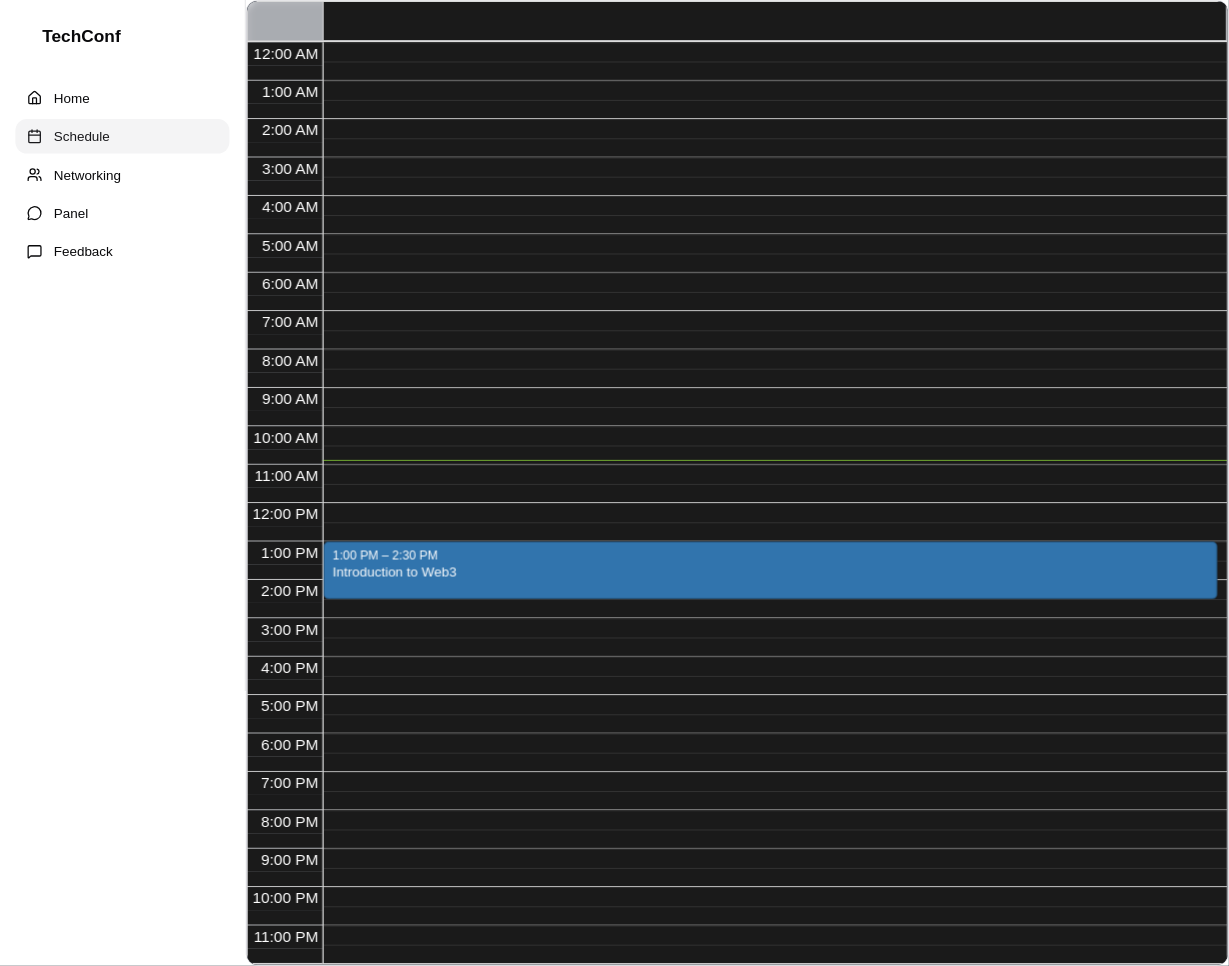
Repository: mrnavdal/symposium-2024
Page: /schedule (app in symposium24/)
An editor plug-in stored every save of this project. The page is shown before and after the next save, followed by the edit.
The browser window is 1280 px wide. The pictures show the whole page, at 96% of full size.
The project was rebuilt for these pictures with package versions that can differ from the ones it lists, and the page was loaded fresh each time. The framework's server and built-in components were replaced by stand-ins that run in the browser. Also part of the build but not shown: symposium24/next.config.ts.

Above is the page before, as saved 2024-11-08 13:40:41.

### symposium24/src/app/layout.tsx
import type { Metadata } from "next";
import localFont from "next/font/local";
import { ThemeProvider } from "@/components/ThemeProvider";
import { Navigation } from "@/components/Navigation";
import "./globals.css";
import '@/styles/calendar.css'

const geistSans = localFont({
  src: "./fonts/GeistVF.woff",
  variable: "--font-geist-sans",
  weight: "100 900",
});
const geistMono = localFont({
  src: "./fonts/GeistMonoVF.woff",
  variable: "--font-geist-mono",
  weight: "100 900",
});

export const metadata: Metadata = {
  title: "TechConf 2024",
  description: "Conference schedule and information",
};

export default function RootLayout({
  children,
}: Readonly<{
  children: React.ReactNode;
}>) {
  return (
    <html lang="en" suppressHydrationWarning>
      <body
        className={`${geistSans.variable} ${geistMono.variable} antialiased min-h-screen`}
      >
        <ThemeProvider
          attribute="class"
          defaultTheme="system"
          enableSystem
          disableTransitionOnChange
        >
          <Navigation />
          <main className="pb-16 md:pb-0 md:pl-64">
            {children}
          </main>
        </ThemeProvider>
      </body>
    </html>
  );
}

### symposium24/src/app/schedule/page.tsx
import { Calendar } from '@/components/Calendar'
import { PageTransition } from '@/components/PageTransition'
import { events } from '@/data/events'

export default function SchedulePage() {
  return (
    <PageTransition>

        <div className="h-full rounded-lg overflow-hidden border bg-card/50">
          <Calendar events={events} />
        </div>

    </PageTransition>
  )
}

### symposium24/src/components/ThemeProvider.tsx
'use client'

import * as React from 'react'
import { ThemeProvider as NextThemesProvider } from 'next-themes'

interface ThemeProviderProps {
  children: React.ReactNode
  attribute?: string
  defaultTheme?: string
  enableSystem?: boolean
  disableTransitionOnChange?: boolean
}

export function ThemeProvider({
  children,
  attribute,
  defaultTheme,
  enableSystem,
  disableTransitionOnChange,
}: ThemeProviderProps) {
  return (
    <NextThemesProvider
      attribute={attribute as 'class' | 'data-theme'}
      defaultTheme={defaultTheme}
      enableSystem={enableSystem}
      disableTransitionOnChange={disableTransitionOnChange}
    >
      {children}
    </NextThemesProvider>
  )
}

### symposium24/src/components/Navigation.tsx
'use client'

import { usePathname } from 'next/navigation'
import Link from 'next/link'
import { cn } from '@/lib/utils'
import {
  Home,
  Calendar,
  Users,
  MessageCircle,
  MessageSquare,
  LucideIcon
} from 'lucide-react'

interface NavItem {
  href: string
  label: string
  icon: LucideIcon
}

const navItems: NavItem[] = [
  { href: '/', label: 'Home', icon: Home },
  { href: '/schedule', label: 'Schedule', icon: Calendar },
  { href: '/networking', label: 'Networking', icon: Users },
  { href: '/discussion', label: 'Panel', icon: MessageCircle },
  { href: '/feedback', label: 'Feedback', icon: MessageSquare },
]

export function Navigation() {
  const pathname = usePathname()

  return (
    <>
      {/* Desktop Side Navigation */}
      <nav className="hidden md:flex fixed left-0 top-0 h-screen w-64 border-r bg-background p-4">
        <div className="space-y-4 w-full">
          <div className="px-3 py-2">
            <h2 className="mb-2 px-4 text-lg font-semibold">TechConf</h2>
          </div>
          <div className="space-y-1">
            {navItems.map((item) => (
              <Link
                key={item.href}
                href={item.href}
                className={cn(
                  'flex items-center gap-3 rounded-lg px-3 py-2 text-sm transition-colors',
                  pathname === item.href
                    ? 'bg-secondary text-secondary-foreground'
                    : 'hover:bg-secondary/80'
                )}
              >
                <item.icon className="h-4 w-4" />
                {item.label}
              </Link>
            ))}
          </div>
        </div>
      </nav>

      {/* Mobile Bottom Navigation */}
      <nav className="md:hidden fixed bottom-0 left-0 right-0 border-t bg-background z-50">
        <div className="flex items-center justify-around">
          {navItems.map((item) => (
            <Link
              key={item.href}
              href={item.href}
              className={cn(
                'flex flex-col items-center gap-1 p-3 text-xs',
                pathname === item.href
                  ? 'text-primary'
                  : 'text-muted-foreground'
              )}
            >
              <item.icon className="h-5 w-5" />
              <span>{item.label}</span>
            </Link>
          ))}
        </div>
      </nav>

      {/* Content Padding for Mobile Bottom Nav */}
      <div className="pb-16 md:pb-0 md:pl-64">
        {/* This div wraps the main content to provide padding */}
      </div>
    </>
  )
}

### symposium24/src/app/globals.css
@tailwind base;
@tailwind components;
@tailwind utilities;

body {
  font-family: Arial, Helvetica, sans-serif;
}

@layer base {
  :root {
    --background: 0 0% 100%;
    --foreground: 240 10% 3.9%;
    --card: 0 0% 100%;
    --card-foreground: 240 10% 3.9%;
    --popover: 0 0% 100%;
    --popover-foreground: 240 10% 3.9%;
    --primary: 240 5.9% 10%;
    --primary-foreground: 0 0% 98%;
    --secondary: 240 4.8% 95.9%;
    --secondary-foreground: 240 5.9% 10%;
    --muted: 240 4.8% 95.9%;
    --muted-foreground: 240 3.8% 46.1%;
    --accent: 240 4.8% 95.9%;
    --accent-foreground: 240 5.9% 10%;
    --destructive: 0 84.2% 60.2%;
    --destructive-foreground: 0 0% 98%;
    --border: 240 5.9% 90%;
    --input: 240 5.9% 90%;
    --ring: 240 5.9% 10%;
    --chart-1: 12 76% 61%;
    --chart-2: 173 58% 39%;
    --chart-3: 197 37% 24%;
    --chart-4: 43 74% 66%;
    --chart-5: 27 87% 67%;
    --radius: 0.75rem;
  }
  .dark {
    --background: 240 10% 3.9%;
    --foreground: 0 0% 98%;
    --card: 240 10% 3.9%;
    --card-foreground: 0 0% 98%;
    --popover: 240 10% 3.9%;
    --popover-foreground: 0 0% 98%;
    --primary: 0 0% 98%;
    --primary-foreground: 240 5.9% 10%;
    --secondary: 240 3.7% 15.9%;
    --secondary-foreground: 0 0% 98%;
    --muted: 240 3.7% 15.9%;
    --muted-foreground: 240 5% 64.9%;
    --accent: 240 3.7% 15.9%;
    --accent-foreground: 0 0% 98%;
    --destructive: 0 62.8% 30.6%;
    --destructive-foreground: 0 0% 98%;
    --border: 240 3.7% 15.9%;
    --input: 240 3.7% 15.9%;
    --ring: 240 4.9% 83.9%;
    --chart-1: 220 70% 50%;
    --chart-2: 160 60% 45%;
    --chart-3: 30 80% 55%;
    --chart-4: 280 65% 60%;
    --chart-5: 340 75% 55%;
  }
}

@layer base {
  * {
    @apply border-border;
  }
  body {
    @apply bg-background text-foreground;
  }
}

### symposium24/src/styles/calendar.css
/* Dark mode styles */
.rbc-calendar-dark {
  @apply text-white;
}

.rbc-calendar-dark .rbc-header {
  @apply bg-muted/50 border-border text-muted-foreground font-medium;
}

.rbc-calendar-dark .rbc-time-view {
  @apply border-border bg-card/50 backdrop-blur-sm;
}

.rbc-calendar-dark .rbc-time-header {
  @apply bg-muted/50 border-border;
}

.rbc-calendar-dark .rbc-time-content {
  @apply border-border;
}

.rbc-calendar-dark .rbc-time-slot {
  @apply text-muted-foreground;
}

.rbc-calendar-dark .rbc-today {
  @apply bg-muted/50;
}

.rbc-calendar-dark .rbc-current-time-indicator {
  @apply bg-primary;
}

/* General styles */
.rbc-header {
  @apply py-3 font-medium text-muted-foreground border-border bg-muted/30;
}

.rbc-time-view {
  @apply border-border bg-card/50 backdrop-blur-sm;
}

.rbc-time-header {
  @apply border-border bg-muted/30;
}

.rbc-time-content {
  @apply border-border;
}

.rbc-event {
  @apply rounded-md border shadow-sm;
}

.rbc-event-content {
  @apply text-sm font-medium;
}

.rbc-today {
  @apply bg-muted/30;
}

.rbc-current-time-indicator {
  @apply bg-primary;
}

.rbc-toolbar {
  @apply mb-4;
}

.rbc-toolbar button {
  @apply rounded-md border-border bg-card hover:bg-muted/50 transition-colors;
}

.rbc-toolbar button.rbc-active {
  @apply bg-primary text-primary-foreground hover:bg-primary/90;
}

.rbc-time-slot {
  @apply text-muted-foreground;
}

### symposium24/src/components/Calendar.tsx
'use client'

import { Calendar as BigCalendar, momentLocalizer, View } from 'react-big-calendar'
import moment from 'moment'
import { CalendarEvent } from '@/types/event'
import { cn } from '@/lib/utils'
import { useTheme } from 'next-themes'
import { useMemo } from 'react'

import 'react-big-calendar/lib/css/react-big-calendar.css'

const localizer = momentLocalizer(moment)

const eventStyleGetter = (event: CalendarEvent) => {
  const isPast = moment(event.end).isBefore(moment())
  const isOngoing = moment().isBetween(event.start, event.end)

  const baseStyle = {
    workshop: 'bg-blue-500/90 hover:bg-blue-600 border-blue-600',
    lecture: 'bg-green-500/90 hover:bg-green-600 border-green-600',
    networking: 'bg-purple-500/90 hover:bg-purple-600 border-purple-600'
  }[event.type]

  return {
    className: cn(
      baseStyle,
      'rounded-md border backdrop-blur-sm transition-colors',
      isPast && 'opacity-50 hover:opacity-70',
      isOngoing && 'ring-2 ring-yellow-400/50 shadow-lg'
    ),
    style: {
      padding: '4px 8px',
    }
  }
}

interface CalendarProps {
  events: CalendarEvent[]
}
export function Calendar({ events }: CalendarProps) {
  const { theme } = useTheme()

  console.log('Calendar events:', events)

  const calendarProps = useMemo(() => ({
    className: cn(
      'h-[700px] md:h-[800px] bg-gray-900',
      theme === 'dark' && 'rbc-calendar-dark',
    ),
    localizer,
    events,
    defaultView: 'day' as View,
    views: ['day'] as View[],
    step: 30,
    timeslots: 2,
    eventPropGetter: eventStyleGetter,
    tooltipAccessor: (event: CalendarEvent) =>
      `${event.title}\nLocation: ${event.location}\nSpeaker: ${event.speaker}`,
    dayPropGetter: () => ({
      style: {
        backgroundColor: theme === 'dark' ? '#121212' : '#1a1a1a',
        color: theme === 'dark' ? '#e5e5e5' : '#fff'
      }
    }),
    slotPropGetter: () => ({
      style: {
        backgroundColor: theme === 'dark' ? '#121212' : '#1a1a1a',
        borderColor: theme === 'dark' ? '#2a2a2a' : '#333',
        color: theme === 'dark' ? '#e5e5e5' : '#fff'
      }
    }),
    toolbar: false
  }), [events, theme])

  return <BigCalendar {...calendarProps} />
}

### symposium24/src/components/PageTransition.tsx
'use client'

import { motion } from 'framer-motion'
import { fadeIn } from '@/lib/animations'

interface PageTransitionProps {
  children: React.ReactNode
  className?: string
}

export function PageTransition({ children, className }: PageTransitionProps) {
  return (
    <motion.div
      variants={fadeIn}
      initial="initial"
      animate="animate"
      exit="exit"
      className={className}
    >
      {children}
    </motion.div>
  )
}

### symposium24/src/data/events.ts
import { CalendarEvent } from '@/types/event'

export const events: CalendarEvent[] = [
  {
    id: '1',
    title: 'Introduction to Web3',
    type: 'lecture',
    start: new Date(2024, 10, 8, 13, 0),
    end: new Date(2024, 10, 8, 14, 30),
    speaker: 'Jane Smith',
    location: 'Main Hall',
    description: 'An overview of Web3 technologies and their impact on the future of the internet.'
  },
  {
    id: '2',
    title: 'Building Smart Contracts',
    type: 'workshop',
    start: new Date(2024, 3, 15, 13, 0),
    end: new Date(2024, 3, 15, 15, 0),
    speaker: 'John Doe',
    location: 'Workshop Room A',
    description: 'Hands-on workshop on creating and deploying smart contracts.'
  },
  {
    id: '3',
    title: 'Networking Lunch',
    type: 'networking',
    start: new Date(2024, 3, 15, 12, 0),
    end: new Date(2024, 3, 15, 13, 0),
    speaker: '',
    location: 'Dining Hall',
    description: 'Network with fellow attendees over lunch.'
  }
]

### symposium24/src/lib/animations.ts
export const fadeIn = {
  initial: { opacity: 0, y: 20 },
  animate: { opacity: 1, y: 0 },
  exit: { opacity: 0, y: 20 }
}

export const staggerContainer = {
  animate: {
    transition: {
      staggerChildren: 0.1
    }
  }
}

export const slideIn = {
  initial: { x: -20, opacity: 0 },
  animate: { x: 0, opacity: 1 },
  exit: { x: 20, opacity: 0 }
}

export const scaleIn = {
  initial: { scale: 0.9, opacity: 0 },
  animate: { scale: 1, opacity: 1 },
  exit: { scale: 0.9, opacity: 0 }
}

### symposium24/tailwind.config.ts
import type { Config } from "tailwindcss";

export default {
    darkMode: ["class"],
    content: [
    "./src/pages/**/*.{js,ts,jsx,tsx,mdx}",
    "./src/components/**/*.{js,ts,jsx,tsx,mdx}",
    "./src/app/**/*.{js,ts,jsx,tsx,mdx}",
  ],
  theme: {
  	extend: {
  		colors: {
  			background: 'hsl(var(--background))',
  			foreground: 'hsl(var(--foreground))',
  			card: {
  				DEFAULT: 'hsl(var(--card))',
  				foreground: 'hsl(var(--card-foreground))'
  			},
  			popover: {
  				DEFAULT: 'hsl(var(--popover))',
  				foreground: 'hsl(var(--popover-foreground))'
  			},
  			primary: {
  				DEFAULT: 'hsl(var(--primary))',
  				foreground: 'hsl(var(--primary-foreground))'
  			},
  			secondary: {
  				DEFAULT: 'hsl(var(--secondary))',
  				foreground: 'hsl(var(--secondary-foreground))'
  			},
  			muted: {
  				DEFAULT: 'hsl(var(--muted))',
  				foreground: 'hsl(var(--muted-foreground))'
  			},
  			accent: {
  				DEFAULT: 'hsl(var(--accent))',
  				foreground: 'hsl(var(--accent-foreground))'
  			},
  			destructive: {
  				DEFAULT: 'hsl(var(--destructive))',
  				foreground: 'hsl(var(--destructive-foreground))'
  			},
  			border: 'hsl(var(--border))',
  			input: 'hsl(var(--input))',
  			ring: 'hsl(var(--ring))',
  			chart: {
  				'1': 'hsl(var(--chart-1))',
  				'2': 'hsl(var(--chart-2))',
  				'3': 'hsl(var(--chart-3))',
  				'4': 'hsl(var(--chart-4))',
  				'5': 'hsl(var(--chart-5))'
  			}
  		},
  		borderRadius: {
  			lg: 'var(--radius)',
  			md: 'calc(var(--radius) - 2px)',
  			sm: 'calc(var(--radius) - 4px)'
  		}
  	}
  },
  plugins: [
    require("tailwindcss-animate"),
    require('@tailwindcss/typography'),
  ],
} satisfies Config;

Loaded but not shown: symposium24/src/lib/utils.ts (common file)

After the next save:
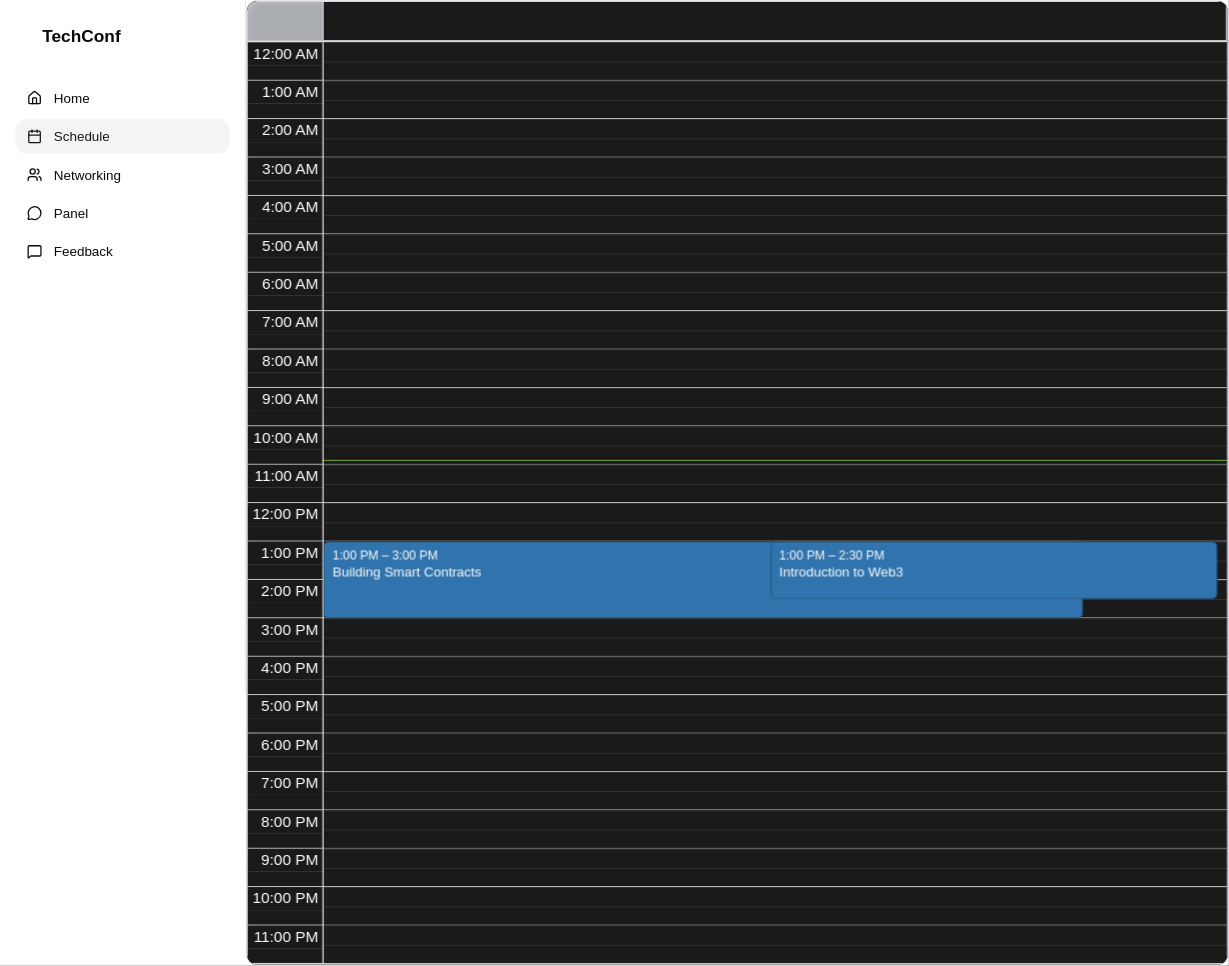
Saved 84 s later.
--- a/symposium24/src/data/events.ts
+++ b/symposium24/src/data/events.ts
@@ -15,8 +15,8 @@ export const events: CalendarEvent[] = [
     id: '2',
     title: 'Building Smart Contracts',
     type: 'workshop',
-    start: new Date(2024, 3, 15, 13, 0),
-    end: new Date(2024, 3, 15, 15, 0),
+    start: new Date(2024, 10, 8, 13, 0),
+    end: new Date(2024, 10, 8, 15, 0),
     speaker: 'John Doe',
     location: 'Workshop Room A',
     description: 'Hands-on workshop on creating and deploying smart contracts.'
